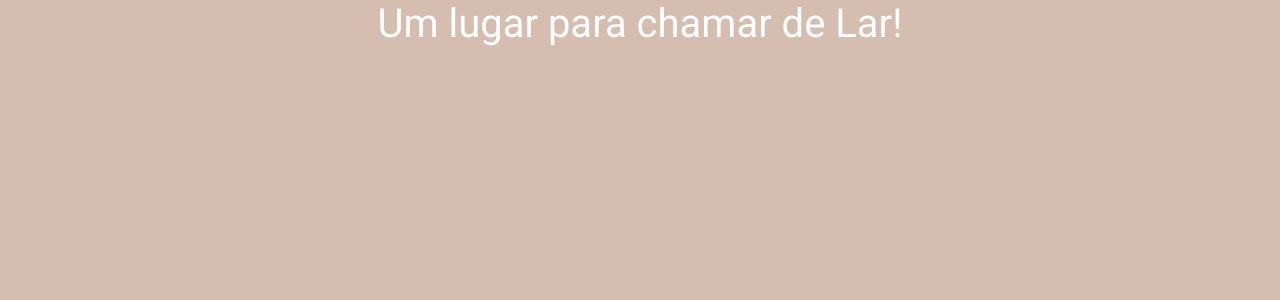
Repository: telesbp/Projeto-4-e-Projeto-5
Page: / (app in front-end/)
An editor plug-in stored every save of this project. The page is shown before and after the next save, followed by the edit.
The browser window is 1280 px wide. The pictures show the whole page.
The project was rebuilt for these pictures with package versions that can differ from the ones it lists, and the page was loaded fresh each time.

Above is the page before, as saved 2022-07-17 13:54:48.

After the next save:
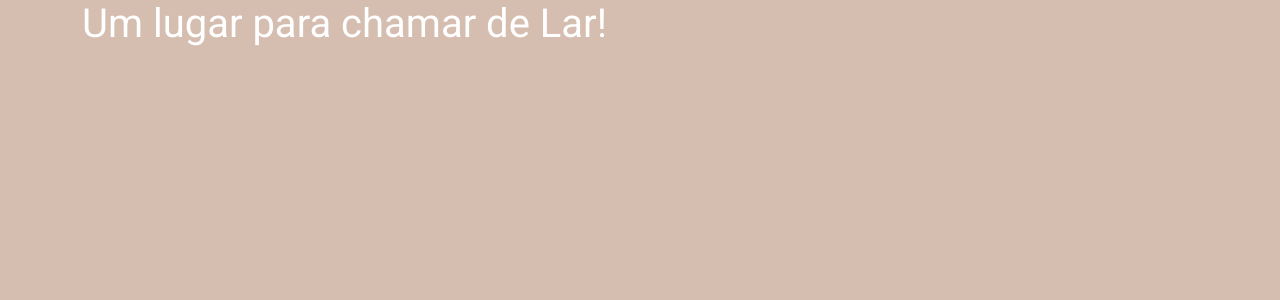
Saved 57 s later.
--- a/front-end/src/views/Home/index.tsx
+++ b/front-end/src/views/Home/index.tsx
@@ -1,9 +1,12 @@
+import { Container } from "react-bootstrap";
 import styled from "styled-components";
 
 export function HomeView(){
     return(
         <Banner className="vh-100">
-            <h1 className="text-center text-white">Um lugar para chamar de Lar!</h1>
+            <Container>
+                <h1 className="text-center text-white text-lg-start">Um lugar para chamar de Lar!</h1>
+            </Container>
         </Banner>
     )
 }
